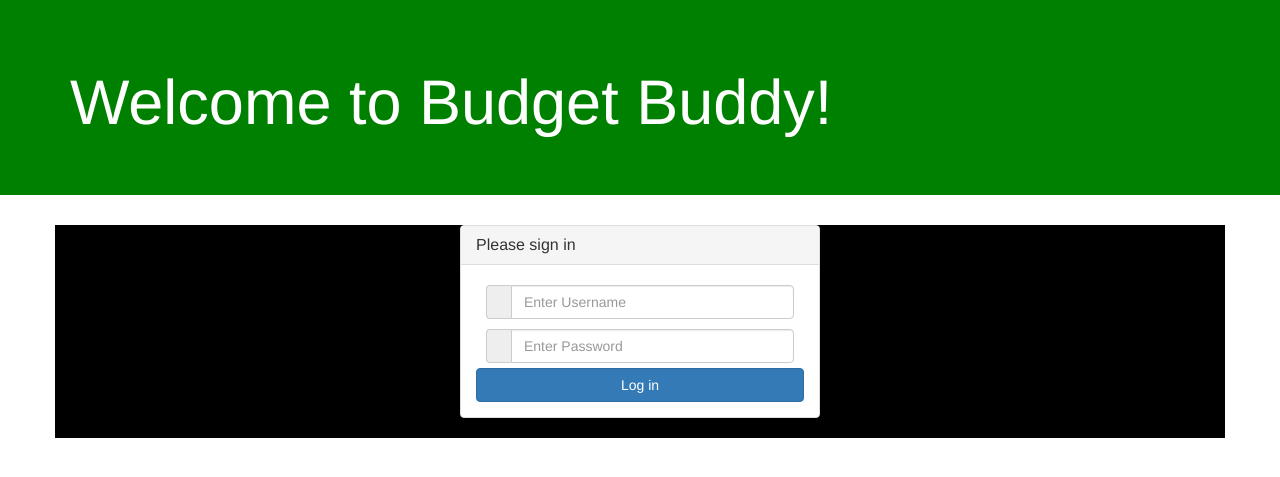
Repository: jdfost1/BudgetBuddy
Page: http://localhost/budgetbuddy/login
These files come from the project's save history. The page is drawn as it stood at one moment and after the next save; the edit follows.
The browser window is 1280 px wide. The pictures show the whole page.
Some web libraries are served in a nearby version. The page is served by Tomcat 9. Other server files are loaded and not shown.

Above is the page before, as saved 2018-10-09 06:42:14.

### budgetbuddy/src/main/webapp/WEB-INF/jsp/login.jsp
<%@ taglib prefix="c" uri="http://java.sun.com/jsp/jstl/core"%>
<%@ taglib prefix="form" uri="http://www.springframework.org/tags/form"%>
<%@ taglib prefix="spring" uri="http://www.springframework.org/tags"%>
<!DOCTYPE html>
<html>
<style type="text/css">
#section{
background-color:black;
}
#jumbo{
background-color:green;
}

#head1{
background-color:green;
color:white;
}
body{
background-color:green;
}
head{
background-color:green;
color:white;
}
#bottom{
background-color:black;}
</style>
<head>
<meta http-equiv="Content-Type" content="text/html; charset=ISO-8859-1">
<link rel="stylesheet"
   href="//netdna.bootstrapcdn.com/bootstrap/3.0.0/css/bootstrap.min.css">
<title>Budget Buddy Login</title>
</head>
<body>
   <section>
      <div id="jumbo"class="jumbotron">
         <div id="head1"class="container">
            <h1>Welcome to Budget Buddy!</h1>

         </div>
      </div>
   </section>
   <div id="bottom"class="container">
      <div class="row">
         <div class="col-md-4 col-md-offset-4">
            <div class="panel panel-default">
               <div class="panel-heading">
                  <h3 class="panel-title">Please sign in</h3>
               </div>
               <div class="panel-body">
<c:url var="loginUrl" value="/login" />
                  <form action="${loginUrl}" method="post" class="form-horizontal">

                     <c:if test="${param.error != null}">
                        <div class="alert alert-danger">
                           <p>Invalid username and password.</p>
                        </div>
                     </c:if>

                     <c:if test="${param.logout != null}">
                        <div class="alert alert-success">
                           <p>You have been logged out successfully.</p>
                        </div>
                     </c:if>

                     <c:if test="${param.accessDenied != null}">
                        <div class="alert alert-danger">
                           <p>Access Denied: You are not authorised! </p>
                        </div>
                     </c:if>

                     <div class="input-group input-sm">
                        <label class="input-group-addon" for="username"><i
                           class="fa fa-user"></i></label> <input type="text" class="form-control"
                           id="userId" name="userId" placeholder="Enter Username"
                           required>
                     </div>
                     <div class="input-group input-sm">
                        <label class="input-group-addon" for="password"><i
                           class="fa fa-lock"></i></label> <input type="password"
                           class="form-control" id="password" name="password"
                           placeholder="Enter Password" required>
                     </div>

                     <div class="form-actions">
                        <input type="submit"
                           class="btn btn-block btn-primary btn-default" value="Log in">
                     </div>
                  </form>
               </div>
            </div>
         </div>
      </div>
   </div>
</body>

After the next save:
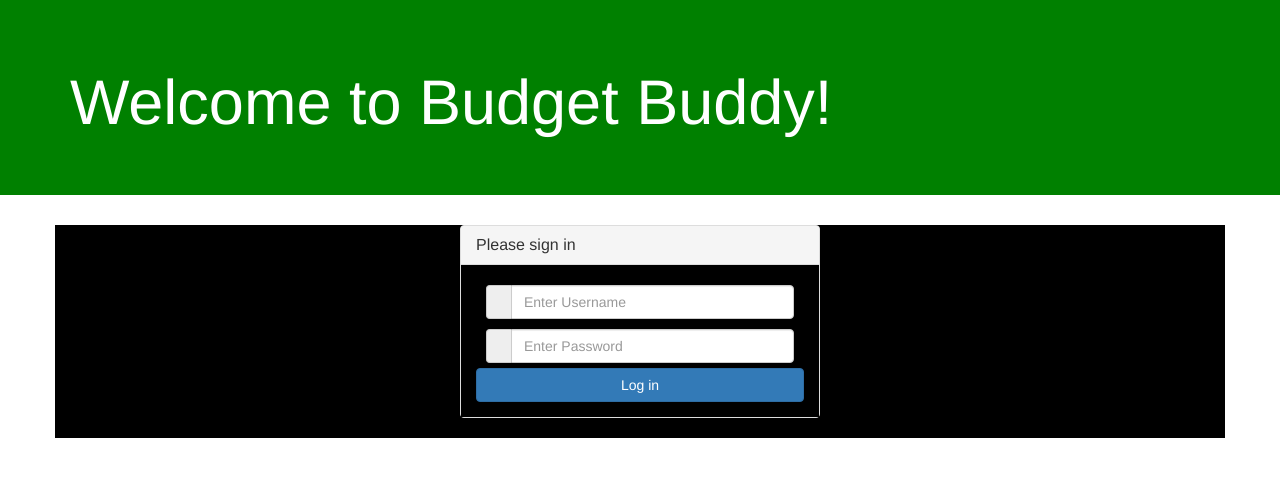
Saved 61 s later.
--- a/budgetbuddy/src/main/webapp/WEB-INF/jsp/login.jsp
+++ b/budgetbuddy/src/main/webapp/WEB-INF/jsp/login.jsp
@@ -22,6 +22,8 @@ head{
 background-color:green;
 color:white;
 }
+#panelBody{
+background-color:black;}
 #bottom{
 background-color:black;}
 </style>
@@ -47,7 +49,7 @@ background-color:black;}
                <div class="panel-heading">
                   <h3 class="panel-title">Please sign in</h3>
                </div>
-               <div class="panel-body">
+               <div id="panelBody" class="panel-body">
 <c:url var="loginUrl" value="/login" />
                   <form action="${loginUrl}" method="post" class="form-horizontal">
 
